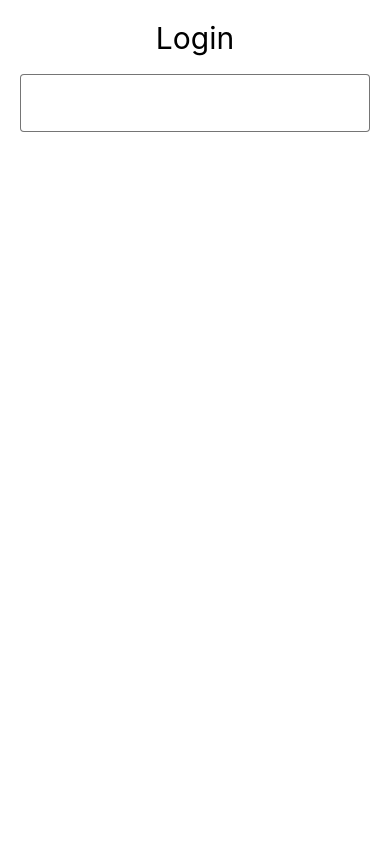
Repository: hatemdiwani/mobile-app
Screen: /
An editor plug-in stored every save of this project. The screen is shown before and after the next save, followed by the edit.
The app was drawn by React Native's web renderer in a window 390 px wide. The project was rebuilt for these pictures with package versions that can differ from the ones it lists, and the page was loaded fresh each time. Also part of the build but not shown: src/navigation/Home.js.

Above is the screen before, as saved 2022-10-04 14:13:25.

After the next save:
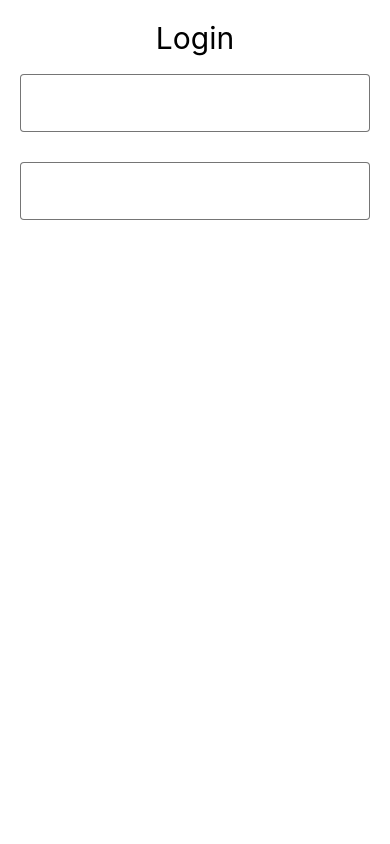
Saved 7 s later.
--- a/src/screens/auth/Login.js
+++ b/src/screens/auth/Login.js
@@ -9,6 +9,7 @@ const Login = () => {
     return (
         <View style={styles.loginScreen} >
             <Text style={styles.title} >Login</Text>
+            <Input value={username} handleChange={text => setusername(text)}  />
             <Input value={username} handleChange={text => setusername(text)}  />
         </View>
     )
